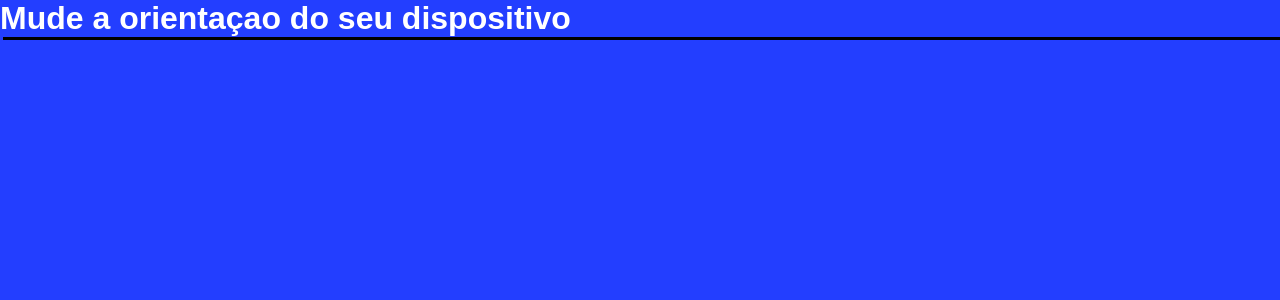
Repository: Lucianorodriguesdev/cursoHTML-CSS
Page: ex026/mq002/index.html
The author's editor kept a copy of each file at every save. The page is drawn from the files as they stood at one save, then again after the next save.
The browser window is 1280 px wide. The pictures show the whole page.

Above is the page before, as saved 2026-07-13 20:20:13.
Not found: ex026/mq002/estilo/paisagem.css
Not found: ex026/mq002/estilo/retrato.css

### ex026/mq002/index.html
<!DOCTYPE html>
<html lang="pt-br">
<head>
    <meta charset="UTF-8">
    <meta name="viewport" content="width=device-width, initial-scale=1.0">
    <link rel="stylesheet" href="estilo/style.css" media="all">
    <link rel="stylesheet" href="estilo/retrato.css" media="screen and (orientation: portrait)">
    <link rel="stylesheet" href="estilo/paisagem.css" media="screen and (orientation: landscape)">
    <title>media query
    </title>
</head>
<body>
   <h1>Mude a orientaçao do seu dispositivo</h1>
</body>
</html>

### ex026/mq002/estilo/style.css
@charset "UTF-8";
*{
    margin: 0px;
    padding: 0px;
    font-family: Arial, Helvetica, sans-serif ;
}
html,body{
    height: 100vh;
    width: 100vw;
    background-color: #233eff;
}
h1{
    color: white;
    box-shadow: 3px 3px 0px black;
}

After the next save:
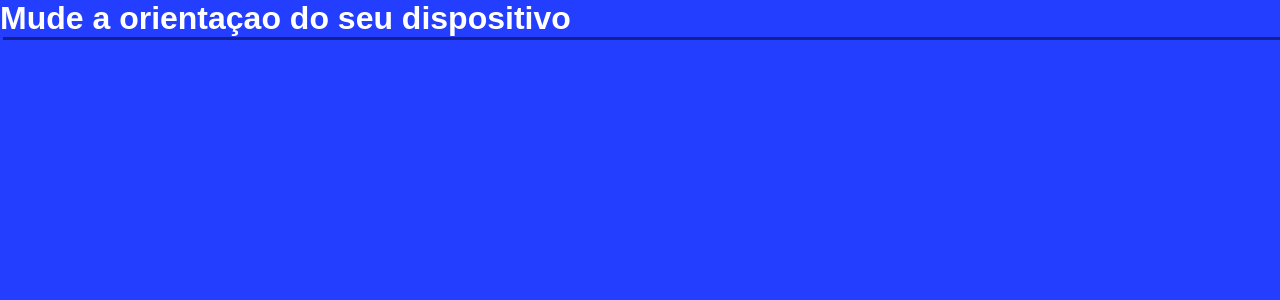
Saved 58 s later.
--- a/ex026/mq002/estilo/style.css
+++ b/ex026/mq002/estilo/style.css
@@ -11,5 +11,5 @@
 }
 h1{
     color: white;
-    box-shadow: 3px 3px 0px black;
+    box-shadow: 3px 3px 0px #13218e;
 }
